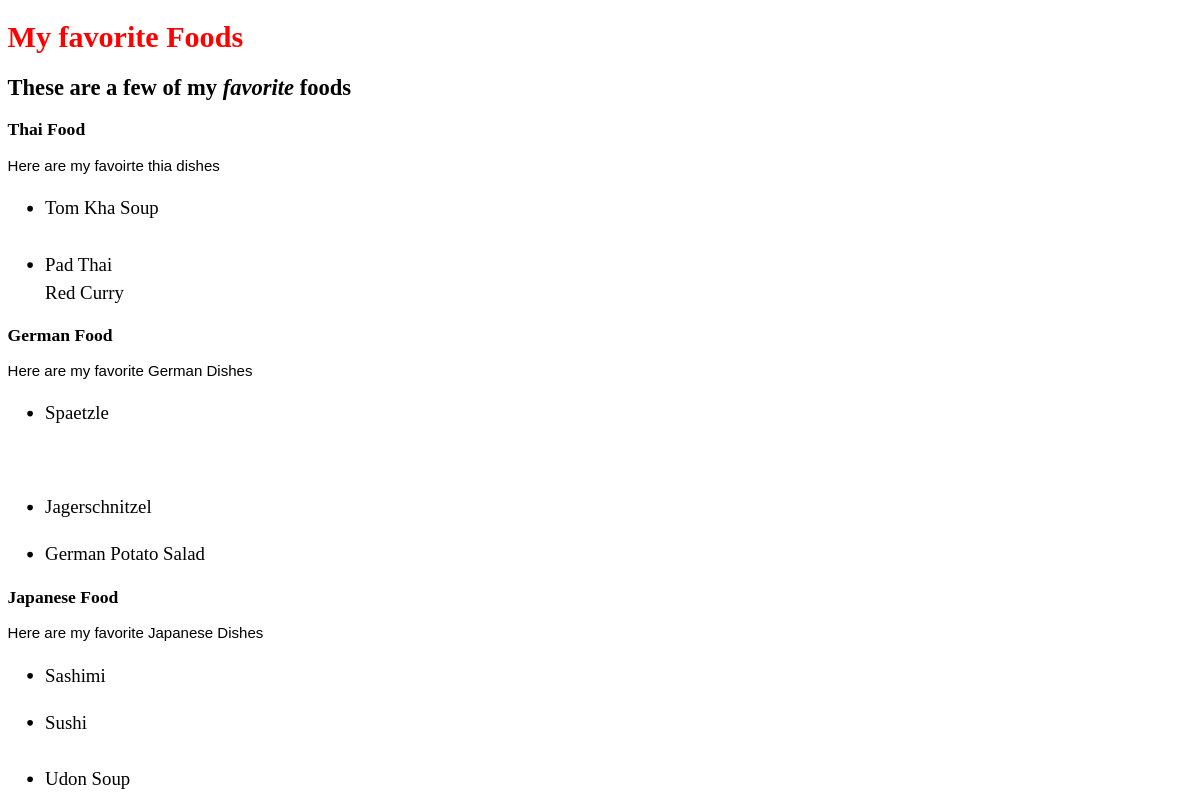
Repository: fieldceleste/my-first-webpage
Page: my-favorite-foods.html
The author's editor kept a copy of each file at every save. The page is drawn from the files as they stood at one save, then again after the next save.
The browser window is 1280 px wide. The pictures show the whole page, at 94% of full size.

Above is the page before, as saved 2019-10-24 20:12:48.

### my-favorite-foods.html
<!DOCTYPE html>
<html>
  <head>
   <title>Celeste's Favorite Foods</title>
  </head>
     <link href="css/styles.css" rel="stylesheet" type="text/css"
  <body>

    <h1>My favorite Foods</h1>
    <h2>These are a few of my <em>favorite</em> foods</h2>

    <h3><strong>Thai Food</strong></h3>
    <p>Here are my favoirte thia dishes</p>
      <ul>
        <li>Tom Kha Soup</li> <img src="" alt="">
        <li>Pad Thai</li>
        <l1>Red Curry</l1>
      </ul>
    <h3><strong>German Food</strong></h3>
    <p>Here are my favorite German Dishes</p>
      <ul>
           <li>Spaetzle</li><p><img src="" alt=""></p>
           <li>Jagerschnitzel</li> <p> <a href=></a></p>
           <li>German Potato Salad</li>
      </ul>

    <h3><strong>Japanese Food</strong></h3>
    <p>Here are my favorite Japanese Dishes</p>
    <ul>
      <li>Sashimi</li><p> <a href=></a></p>
      <li>Sushi</li><img src="" alt="">
      <li>Udon Soup</li>
      </ul>
    </p>
  </body>
</html>

### css/styles.css
h1 {
    color:red;
}

h2 {
    font-style: italic
    text-align: center;
}

p{ font-family: sans-serif;

}

ul {
    font-size: 20px;
    line-height: 30px;
}

After the next save:
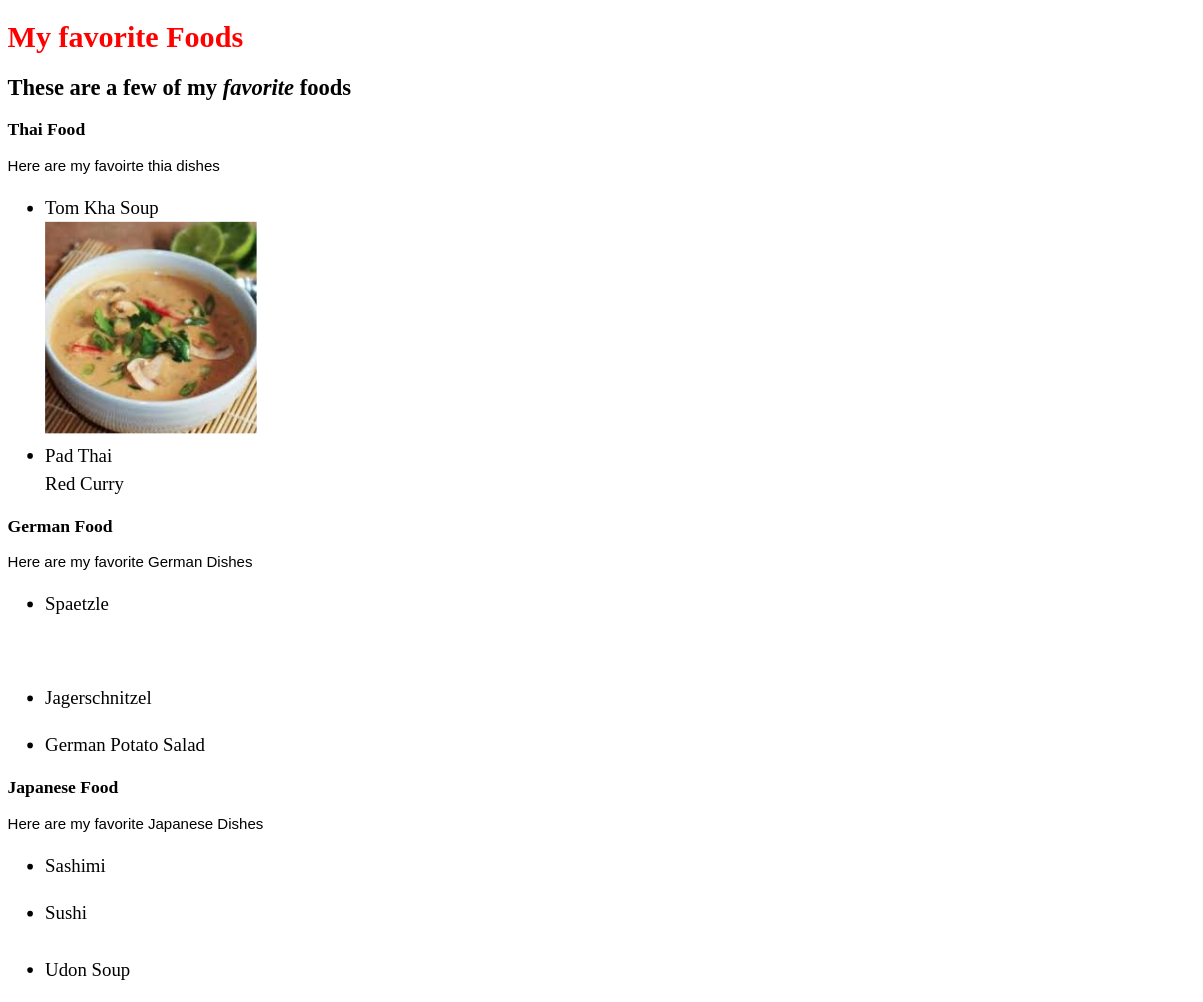
Saved 6 min 31 s later.
--- a/my-favorite-foods.html
+++ b/my-favorite-foods.html
@@ -12,7 +12,7 @@
     <h3><strong>Thai Food</strong></h3>
     <p>Here are my favoirte thia dishes</p>
       <ul>
-        <li>Tom Kha Soup</li> <img src="" alt="">
+        <li>Tom Kha Soup</li> <img src="img/tomkha.jpeg" alt="picture of tom kha soup">
         <li>Pad Thai</li>
         <l1>Red Curry</l1>
       </ul>
